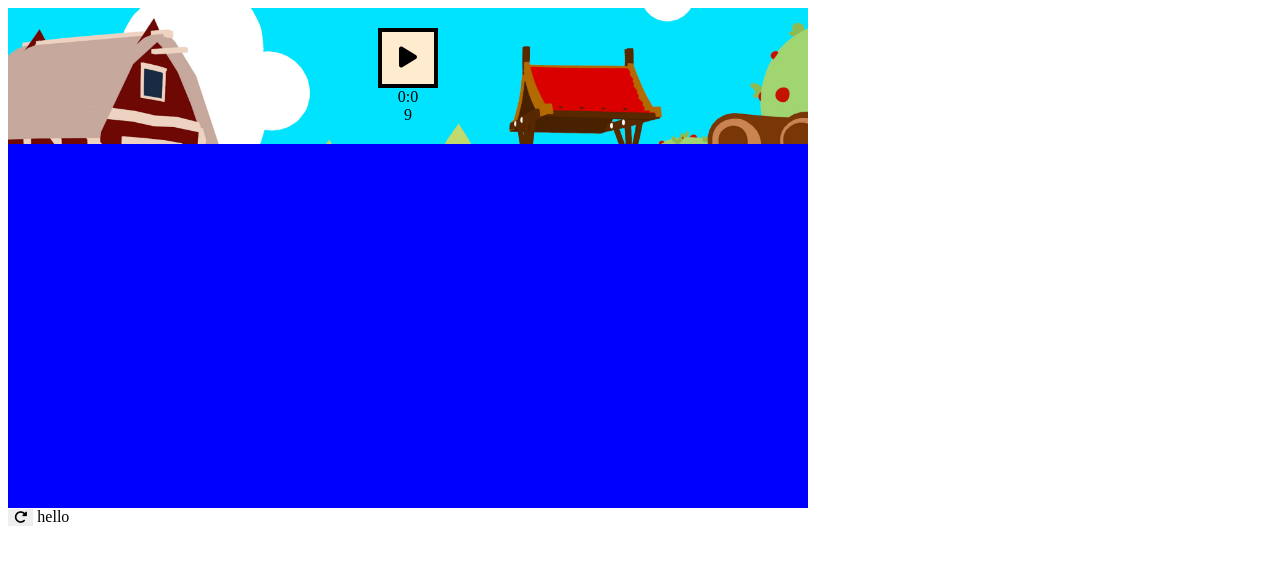
Repository: ggandory/browser101
Page: chapter7/carrot/index.html
These files come from the project's save history. The page is drawn as it stood at one moment and after the next save; the edit follows.
The browser window is 1280 px wide. The pictures show the whole page.
Some web libraries are served in a nearby version.

Above is the page before, as saved 2024-05-01 22:50:00.

After the next save:
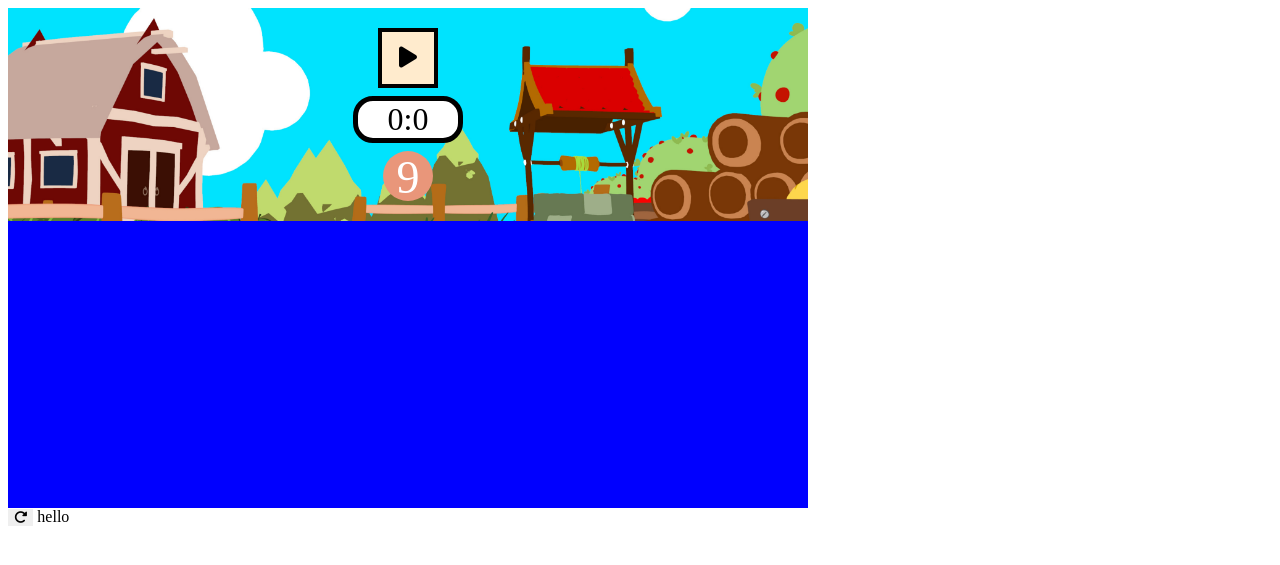
Saved 4 min 53 s later.
--- a/chapter7/carrot/style.css
+++ b/chapter7/carrot/style.css
@@ -31,6 +31,26 @@ button {
   transform: scale(1.1);
 }
 
+.game_timer {
+  width: 100px;
+  background-color: white;
+  text-align: center;
+  border-radius: 20px;
+  border: 5px solid black;
+  font-size: 32px;
+  margin-top: 8px;
+}
+.game_score {
+  text-align: center;
+  width: 50px;
+  height: 50px;
+  font-size: 46px;
+  color: white;
+  background-color: darksalmon;
+  border-radius: 50%;
+  margin-top: 8px;
+}
+
 .game_field {
   width: 100%;
   height: 100%;
